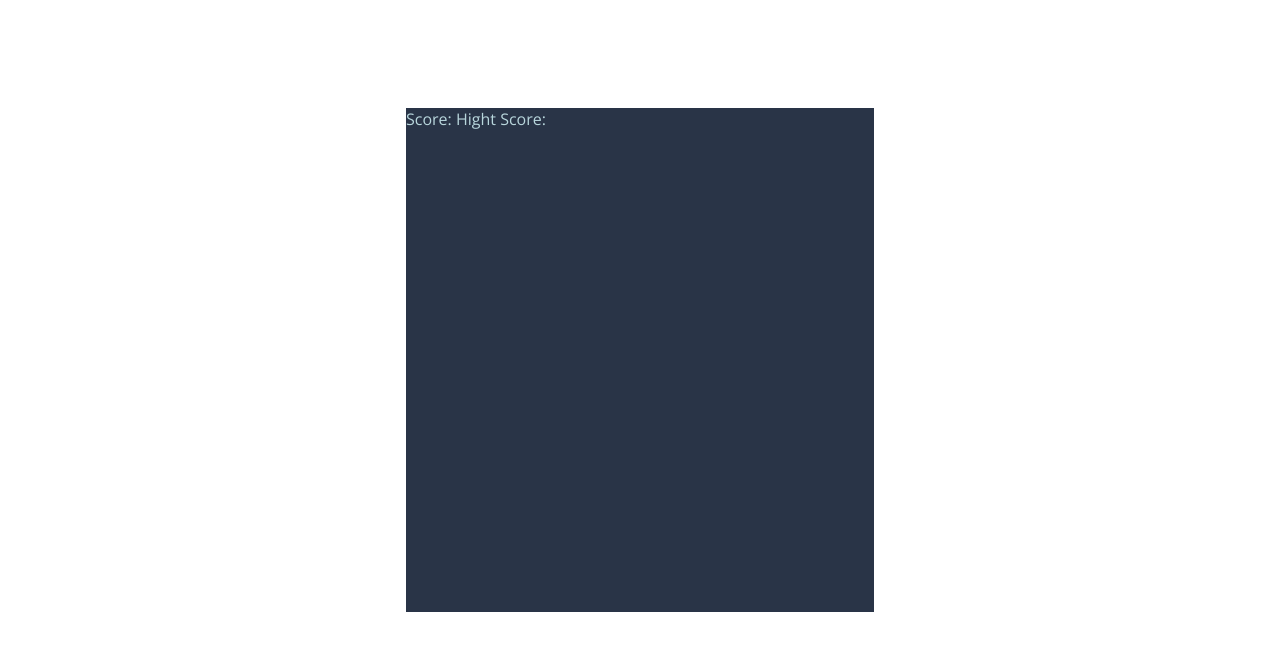
Repository: litaiqiang1407/JS
Page: Snake Game/index.html
An editor plug-in stored every save of this project. The page is shown before and after the next save, followed by the edit.
The browser window is 1280 px wide. The pictures show the whole page.

Above is the page before, as saved 2023-05-16 18:29:27.

### Snake Game/index.html
<!DOCTYPE html>
<html lang="en">
  <head>
    <meta charset="UTF-8" />
    <meta http-equiv="X-UA-Compatible" content="IE=edge" />
    <meta name="viewport" content="width=device-width, initial-scale=1.0" />
    <title>Snake Game</title>
    <link rel="stylesheet" href="style.css" />
  </head>
  <body>
    <div class="wrapper">
      <div class="game-details">
        <span class="score">Score: </span>
        <span class="hight-core">Hight Score: </span>
      </div>
      <div class="play-board"></div>
    </div>
    <script src="./script.js"></script>
  </body>
</html>

### Snake Game/style.css
@import url("https://fonts.googleapis.com/css2?family=Open+Sans:wght@400;500;600;700&display=swap");

* {
  margin: 0;
  padding: 0;
  box-sizing: border-box;
  font-family: "Open Sans", sans-serif;
}

body {
  display: flex;
  justify-content: center;
  align-items: center;
  min-height: 100vh;
}

.wrapper {
  width: 65vmin;
  height: 70vmin;
  background: #293447;
}
.game-details {
  color: #b8d6dc;
}
.score {
}
.hight-core {
}
.play-board {
}

Loaded but not shown: Snake Game/script.js (no stored copy; drawn as an empty file)

After the next save:
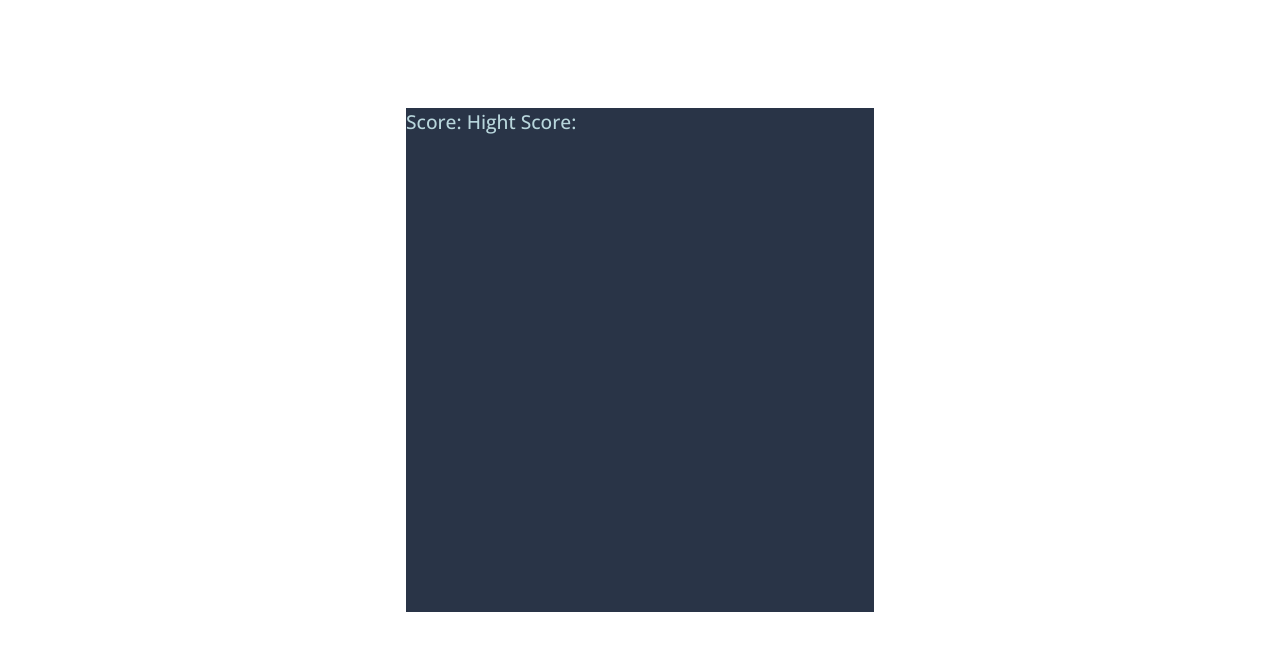
Saved 28 s later.
--- a/Snake Game/style.css
+++ b/Snake Game/style.css
@@ -21,6 +21,8 @@ body {
 }
 .game-details {
   color: #b8d6dc;
+  font-size: 1.2rem;
+  font-weight: 500;
 }
 .score {
 }
